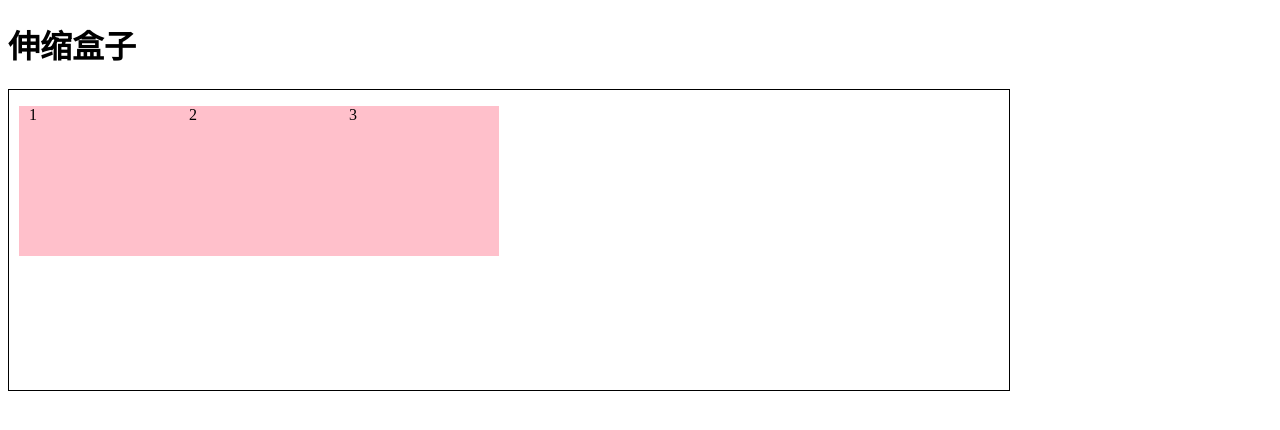
Repository: liuxi0811/web-demo
Page: 伸缩布局.html
These files come from the project's save history. The page is drawn as it stood at one moment and after the next save; the edit follows.
The browser window is 1280 px wide. The pictures show the whole page.

Above is the page before, as saved 2020-12-03 14:25:53.

After the next save:
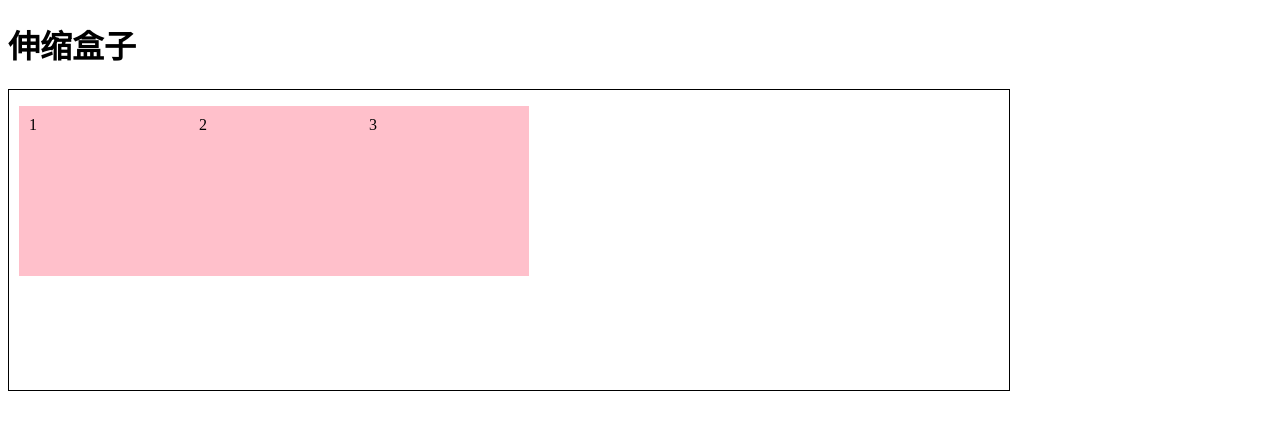
Saved 2 min 9 s later.
--- a/伸缩布局.html
+++ b/伸缩布局.html
@@ -19,7 +19,7 @@
             width: 150px;
             height: 150px;
             background: pink;
-            padding-left: 10px;
+            padding: 10px;
         }
 
         ul{

After the save that followed:
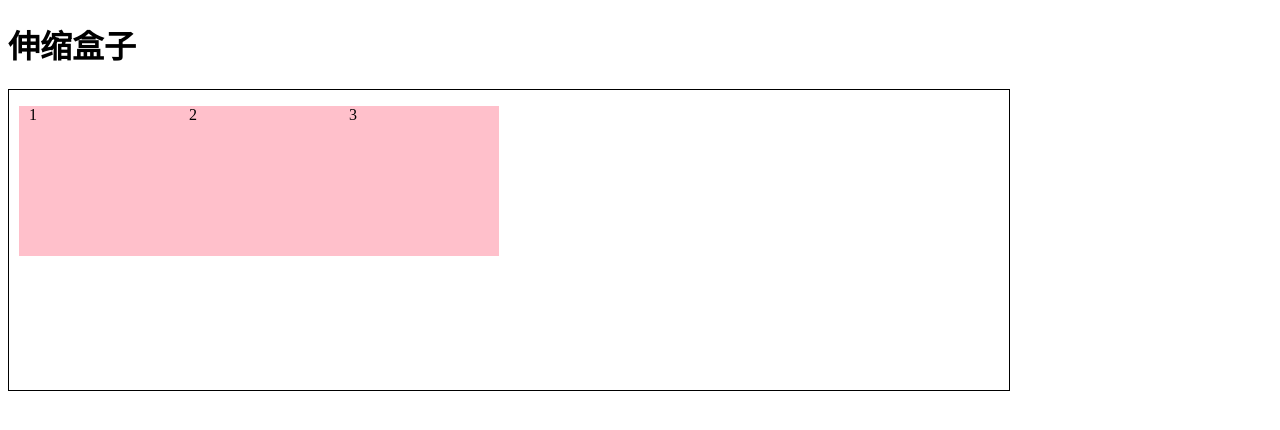
Saved 56 s later.
--- a/伸缩布局.html
+++ b/伸缩布局.html
@@ -19,7 +19,8 @@
             width: 150px;
             height: 150px;
             background: pink;
-            padding: 10px;
+            padding-left: 10px;
+            display: flex;
         }
 
         ul{
